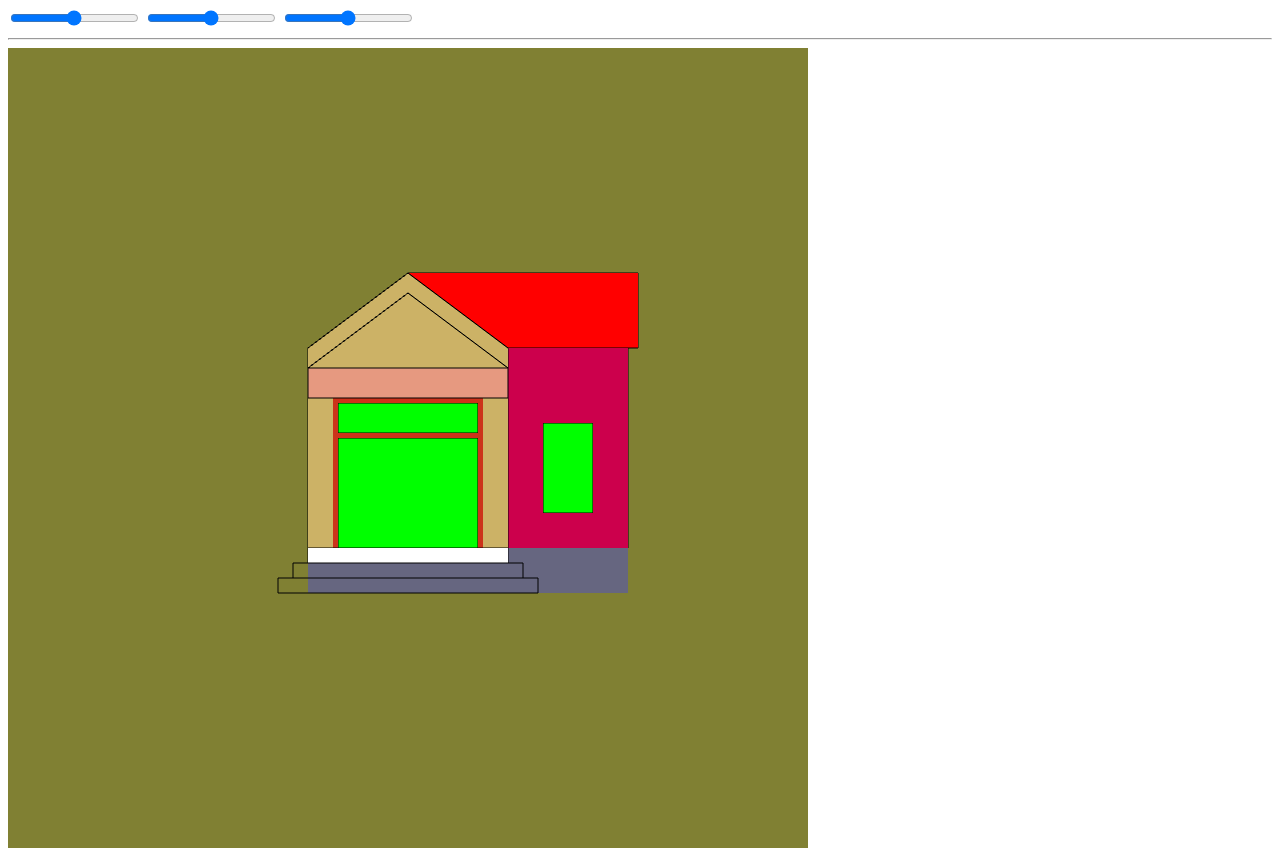
Repository: JoinGame-A36664/Build-House-WebGL
Page: index.html
These files come from the project's save history. The page is drawn as it stood at one moment and after the next save; the edit follows.
The browser window is 1280 px wide. The pictures show the whole page.

Above is the page before, as saved 2021-10-25 10:26:43.
Console error: ReferenceError: program is not defined

After the next save:
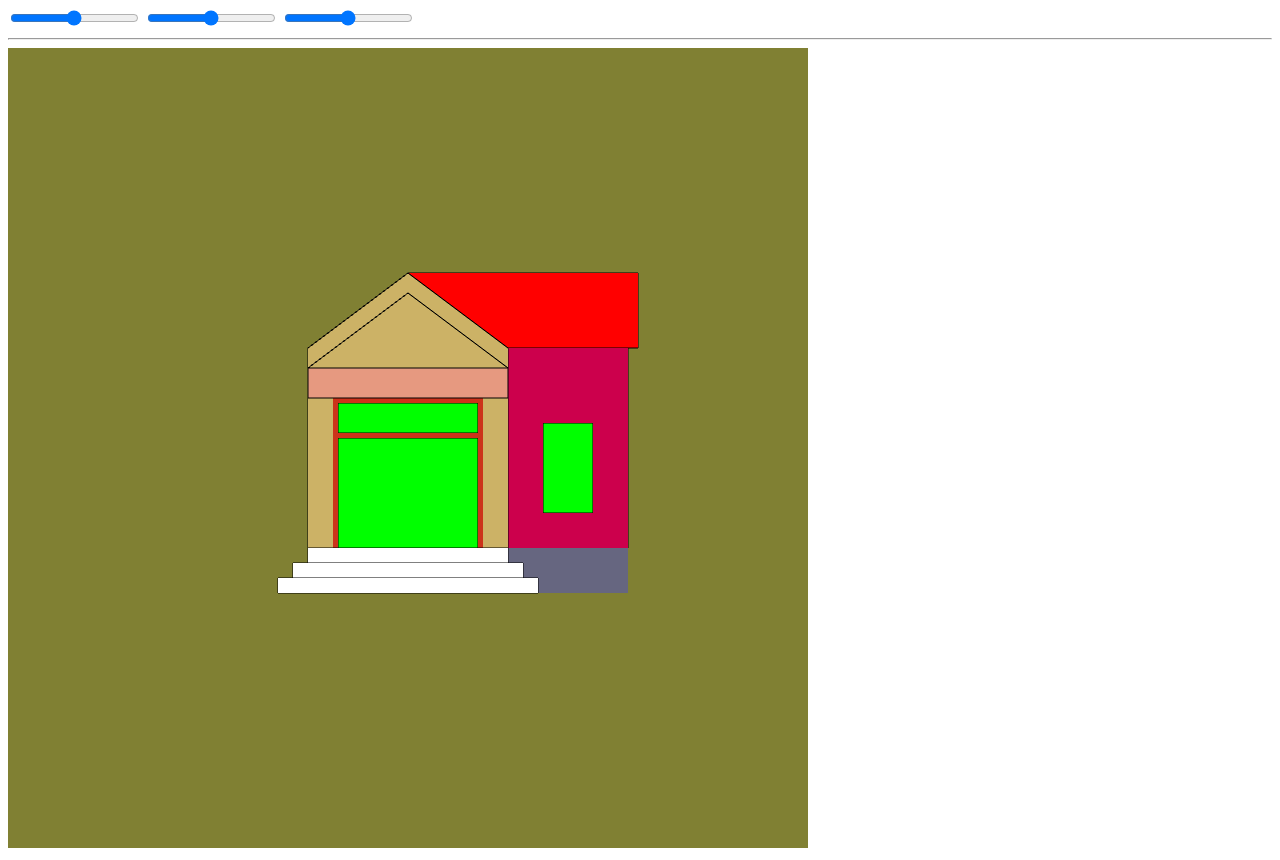
Saved 9 s later.
--- a/Bietthu1.js
+++ b/Bietthu1.js
@@ -241,15 +241,15 @@ function buildHouse(program, vertices, vertexColors) // Truyền vào những g
                     wall(program, vertices[5], vertices[73], vertices[74], vertices[70], vertexColors[7]);
                     wall(program, vertices[69], vertices[71], vertices[72], vertices[0], vertexColors[7]);
                     wall(program, vertices[78], vertices[75], vertices[76], vertices[77], vertexColors[0]);
-                    // wall(program, vertices[78], vertices[75], vertices[79], vertices[82], vertexColors[7]);
-                    // wall(program, vertices[75], vertices[76], vertices[80], vertices[79], vertexColors[7]);
-                    // wall(program, vertices[82], vertices[78], vertices[77], vertices[81], vertexColors[7]);
-                    // wall(program, vertices[83], vertices[84], vertices[85], vertices[86], vertexColors[0]);
-                    // wall(program, vertices[83], vertices[84], vertices[87], vertices[88], vertexColors[7]);
-                    // wall(program, vertices[85], vertices[84], vertices[87], vertices[90], vertexColors[7]);
-                    // wall(program, vertices[85], vertices[86], vertices[89], vertices[90], vertexColors[7]);
-                    // wall(program, vertices[88], vertices[83], vertices[89], vertices[86], vertexColors[7]);
-                    // wall(program, vertices[80], vertices[76], vertices[77], vertices[81], vertexColors[7]);
+                    wall(program, vertices[78], vertices[75], vertices[79], vertices[82], vertexColors[7]);
+                    wall(program, vertices[75], vertices[76], vertices[80], vertices[79], vertexColors[7]);
+                    wall(program, vertices[82], vertices[78], vertices[77], vertices[81], vertexColors[7]);
+                    wall(program, vertices[83], vertices[84], vertices[85], vertices[86], vertexColors[0]);
+                    wall(program, vertices[83], vertices[84], vertices[87], vertices[88], vertexColors[7]);
+                    wall(program, vertices[85], vertices[84], vertices[87], vertices[90], vertexColors[7]);
+                    wall(program, vertices[85], vertices[86], vertices[89], vertices[90], vertexColors[7]);
+                    wall(program, vertices[88], vertices[83], vertices[89], vertices[86], vertexColors[7]);
+                    wall(program, vertices[80], vertices[76], vertices[77], vertices[81], vertexColors[7]);
 
 
                     wall(program, vertices[5], vertices[92], vertices[94], vertices[30], vertexColors[10]);
